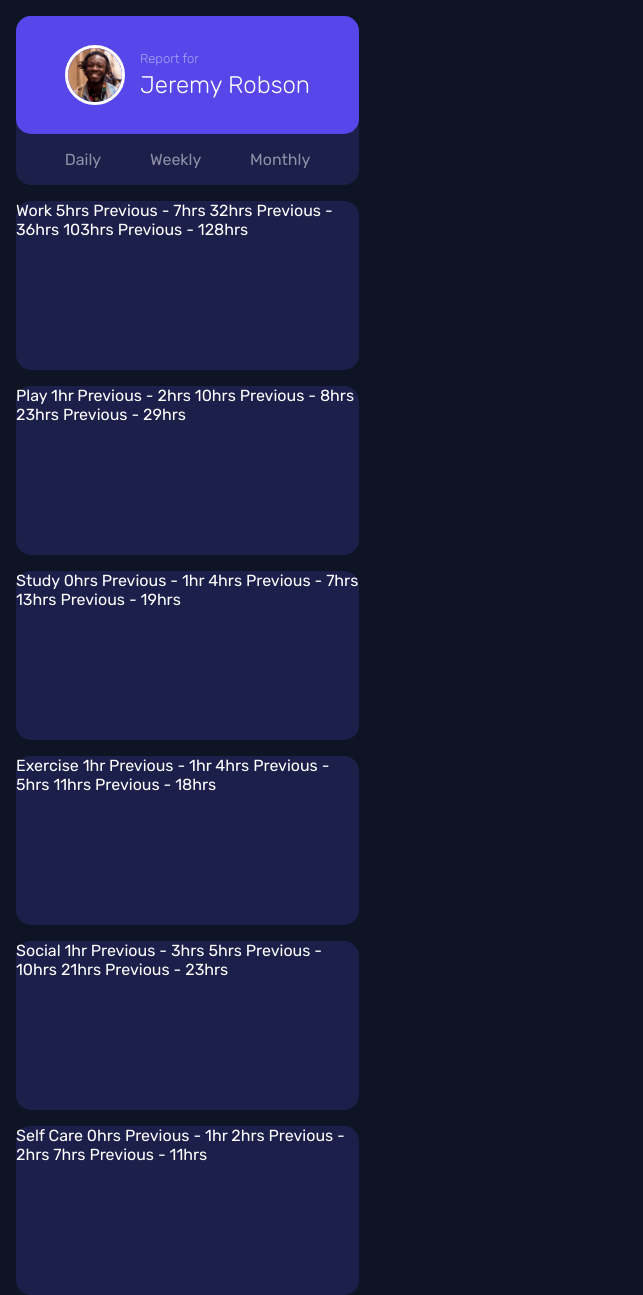
Repository: 3mr-5aled/time-tracking-dashboard-Junior
Page: index.html
The author's editor kept a copy of each file at every save. The page is drawn from the files as they stood at one save, then again after the next save.
The browser window is 375 px wide. The page is 375 px wide, then 643 px, so the pictures cover 643 px, including what lies to the right of the window. The pictures show the whole page.

Above is the page before, as saved 2022-12-27 18:50:31.

After the next save:
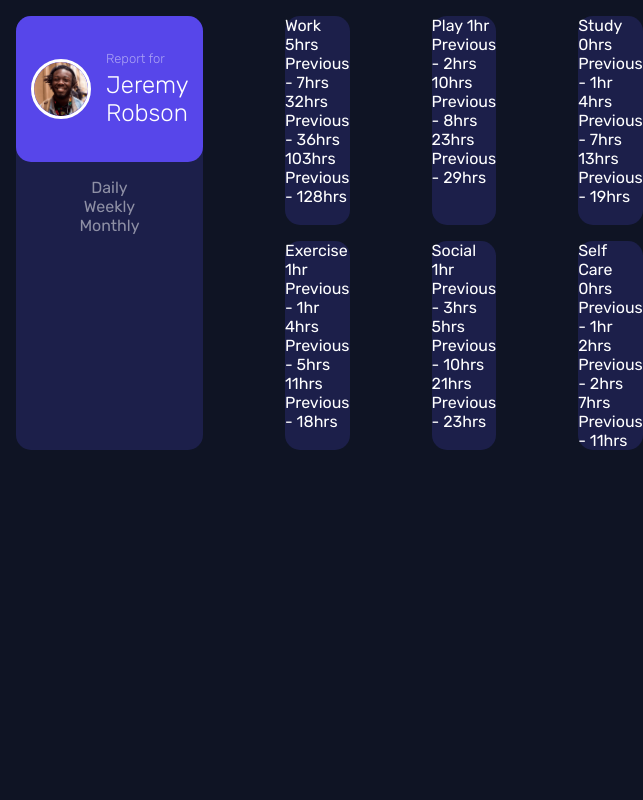
Saved 8 min 59 s later.
--- a/style.css
+++ b/style.css
@@ -39,15 +39,18 @@ body {
 
 .main {
   display: grid;
-  grid-template-columns: repeat(4, 1fr);
-  grid-template-rows: repeat(2, 1fr);
+  grid-template-columns: 1fr;
+  grid-template-rows: repeat(7, 1fr);
+  grid-column-gap: 50px;
   grid-template-areas:
-    "user work play study"
-    "user exercise social selfCare";
-  grid-column-gap: 50px;
-  /* grid-row-gap: 50px; */
+    "user"
+    "work"
+    "play"
+    "study"
+    "exercise"
+    "social"
+    "selfCare";
 }
-
 .user,
 .work,
 .play,
@@ -134,17 +137,15 @@ img {
   grid-area: selfCare;
 }
 
-@media screen and (max-width: 375px) {
+@media screen and (min-width: 375px) {
   .main {
-    grid-template-columns: 1fr;
-    grid-template-rows: repeat(7, 1fr);
+    grid-template-columns: repeat(4, 1fr);
+    grid-template-rows: repeat(2, 1fr);
     grid-template-areas:
-      "user"
-      "work"
-      "play"
-      "study"
-      "exercise"
-      "social"
-      "selfCare";
+      "user work play study"
+      "user exercise social selfCare";
+  }
+  .filter {
+    flex-direction: column;
   }
 }
